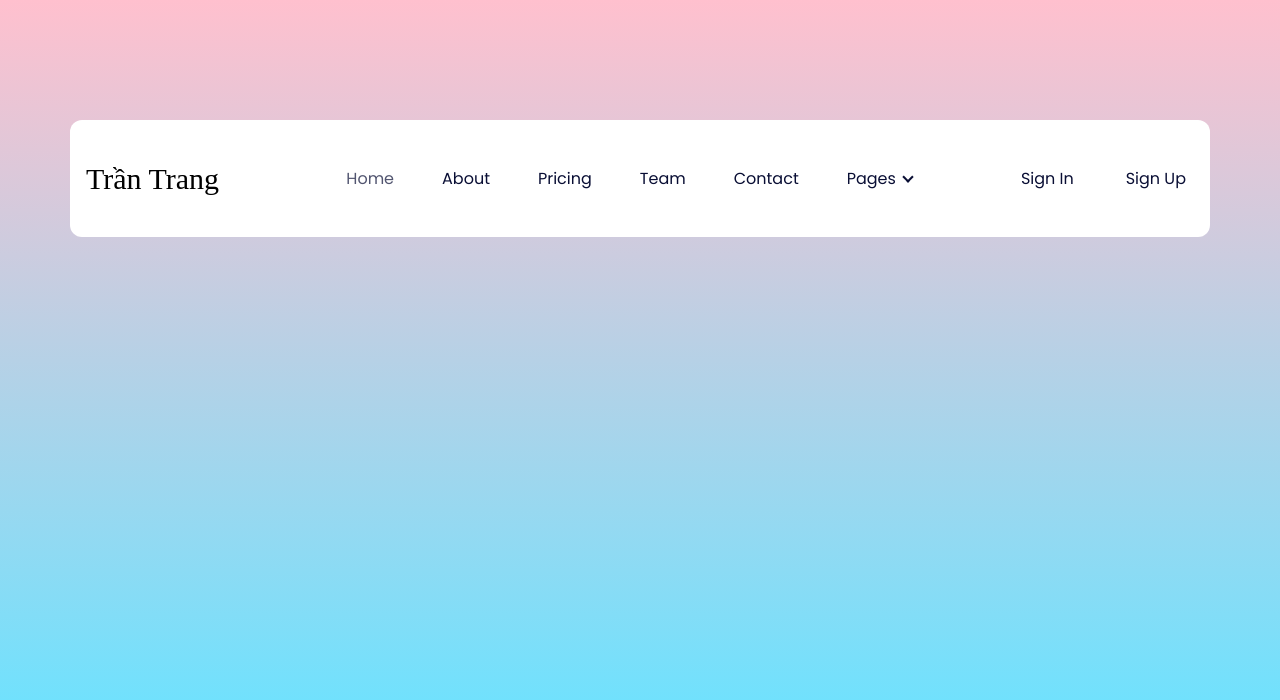
Repository: trantrang2101/CV
Page: index.html
These files come from the project's save history. The page is drawn as it stood at one moment and after the next save; the edit follows.
The browser window is 1280 px wide. The pictures show the whole page.
Some web fonts or font styles are not loaded; a fallback is used.

Above is the page before, as saved 2022-07-13 18:50:55.
Console error: TypeError: Cannot read properties of null (reading 'offsetTop')

### index.html
<!DOCTYPE html>
<html lang="en" class="scroll-smooth">

<head>
    <meta charset="UTF-8" />
    <meta http-equiv="X-UA-Compatible" content="IE=edge" />
    <meta name="viewport" content="width=device-width, initial-scale=1.0" />
    <title>
        Play | Free Tailwind CSS Template for Startup and SaaS By TailGrids
    </title>
    <link rel="shortcut icon" href="assets/images/favicon.png" type="image/x-icon" />
    <link rel="stylesheet" href="assets/css/animate.css" />
    <link rel="stylesheet" href="assets/css/tailwind.css" />
    <link rel="stylesheet" href="assets/css/style.css" />

    <script src="assets/js/wow.min.js"></script>
    <script>
        new WOW().init();
    </script>
</head>

<body>
    <section id="home" class="pt-20 lg:pt-[120px] pb-20 lg:pb-[120px]">
        <div class="container">
            <div class="bg-white shadow-xl shadow-dark dark:shadow-xl dark:shadow-light wow fadeInUp rounded-xl"
                data-wow-delay=".2s" style="visibility: visible; animation-delay: 0.2s">
                <div class="flex -mx-4 items-center justify-between relative">
                    <div class="px-4 w-60 max-w-full">
                        <a href="index.html" class="navbar-logo w-full block py-5">
                            <h1 class="font-script p-4">Trần Trang</h1>
                        </a>
                    </div>
                    <div class="flex px-4 justify-between items-center w-full">
                        <div>
                            <button id="navbarToggler"
                                class="block absolute right-4 top-1/2 -translate-y-1/2 lg:hidden focus:ring-2 ring-primary px-3 py-[6px] rounded-lg">
                                <span class="relative w-[30px] h-[2px] my-[6px] block bg-white"></span>
                                <span class="relative w-[30px] h-[2px] my-[6px] block bg-white"></span>
                                <span class="relative w-[30px] h-[2px] my-[6px] block bg-white"></span>
                            </button>
                            <nav id="navbarCollapse"
                                class="absolute py-5 lg:py-0 lg:px-4 xl:px-6 bg-white lg:bg-transparent shadow-lg rounded-lg max-w-[250px] w-full lg:max-w-full lg:w-full right-4 top-full hidden lg:block lg:static lg:shadow-none">
                                <ul class="blcok lg:flex">
                                    <li class="relative group">
                                        <a href="#home"
                                            class="ud-menu-scroll text-base text-dark lg:group-hover:opacity-70 lg:group-hover:text-dark group-hover:text-primary py-2 lg:py-6 lg:inline-flex lg:px-0 flex mx-8 lg:mr-0">
                                            Home
                                        </a>
                                    </li>
                                    <li class="relative group">
                                        <a href="#about"
                                            class="ud-menu-scroll text-base text-dark lg:text-dark lg:group-hover:opacity-70 lg:group-hover:text-dark group-hover:text-primary py-2 lg:py-6 lg:inline-flex lg:px-0 flex mx-8 lg:mr-0 lg:ml-7 xl:ml-12">
                                            About
                                        </a>
                                    </li>
                                    <li class="relative group">
                                        <a href="#pricing"
                                            class="ud-menu-scroll text-base text-dark lg:text-dark lg:group-hover:opacity-70 lg:group-hover:text-dark group-hover:text-primary py-2 lg:py-6 lg:inline-flex lg:px-0 flex mx-8 lg:mr-0 lg:ml-7 xl:ml-12">
                                            Pricing
                                        </a>
                                    </li>
                                    <li class="relative group">
                                        <a href="#team"
                                            class="ud-menu-scroll text-base text-dark lg:text-dark lg:group-hover:opacity-70 lg:group-hover:text-dark group-hover:text-primary py-2 lg:py-6 lg:inline-flex lg:px-0 flex mx-8 lg:mr-0 lg:ml-7 xl:ml-12">
                                            Team
                                        </a>
                                    </li>
                                    <li class="relative group">
                                        <a href="#contact"
                                            class="ud-menu-scroll text-base text-dark lg:text-dark lg:group-hover:opacity-70 lg:group-hover:text-dark group-hover:text-primary py-2 lg:py-6 lg:inline-flex lg:px-0 flex mx-8 lg:mr-0 lg:ml-7 xl:ml-12">
                                            Contact
                                        </a>
                                    </li>
                                    <li class="relative group submenu-item">
                                        <a href="javascript:void(0)"
                                            class="text-base text-dark lg:text-dark lg:group-hover:opacity-70 lg:group-hover:text-dark group-hover:text-primary py-2 lg:py-6 lg:inline-flex lg:pl-0 lg:pr-4 flex mx-8 lg:mr-0 lg:ml-8 xl:ml-12 relative after:absolute after:w-2 after:h-2 after:border-b-2 after:border-r-2 after:border-current after:rotate-45 lg:after:right-0 after:right-1 after:top-1/2 after:-translate-y-1/2 after:mt-[-2px]">
                                            Pages
                                        </a>
                                        <div
                                            class="submenu hidden relative lg:absolute w-[250px] top-full lg:top-[110%] left-0 rounded-sm lg:shadow-lg p-4 lg:block lg:opacity-0 lg:invisible group-hover:opacity-100 lg:group-hover:visible lg:group-hover:top-full bg-white transition-[top] duration-300">
                                            <a href="about.html"
                                                class="block text-sm text-body-color rounded hover:text-primary py-[10px] px-4">
                                                About Page
                                            </a>
                                            <a href="pricing.html"
                                                class="block text-sm text-body-color rounded hover:text-primary py-[10px] px-4">
                                                Pricing Page
                                            </a>
                                            <a href="contact.html"
                                                class="block text-sm text-body-color rounded hover:text-primary py-[10px] px-4">
                                                Contact Page
                                            </a>
                                            <a href="blog-grids.html"
                                                class="block text-sm text-body-color rounded hover:text-primary py-[10px] px-4">
                                                Blog Grid Page
                                            </a>
                                            <a href="blog-details.html"
                                                class="block text-sm text-body-color rounded hover:text-primary py-[10px] px-4">
                                                Blog Details Page
                                            </a>
                                            <a href="signup.html"
                                                class="block text-sm text-body-color rounded hover:text-primary py-[10px] px-4">
                                                Sign Up Page
                                            </a>
                                            <a href="signin.html"
                                                class="block text-sm text-body-color rounded hover:text-primary py-[10px] px-4">
                                                Sign In Page
                                            </a>
                                            <a href="404.html"
                                                class="block text-sm text-body-color rounded hover:text-primary py-[10px] px-4">
                                                404 Page
                                            </a>
                                        </div>
                                    </li>
                                </ul>
                            </nav>
                        </div>
                        <div class="sm:flex justify-end hidden pr-16 lg:pr-0">
                            <a href="signin.html"
                                class="text-base font-medium text-dark hover:opacity-70 py-3 px-7 loginBtn">
                                Sign In
                            </a>
                            <a href="signup.html"
                                class="text-base font-medium text-dark bg-white bg-opacity-20 rounded-lg py-3 px-6 hover:bg-opacity-100 hover:text-dark signUpBtn duration-300 ease-in-out">
                                Sign Up
                            </a>
                        </div>
                    </div>
                </div>
            </div>
        </div>
    </section>
    <script src="assets/js/main.js"></script>
    <script>
        const pageLink = document.querySelectorAll(".ud-menu-scroll");
        pageLink.forEach((elem) => {
            elem.addEventListener("click", (e) => {
                e.preventDefault();
                document.querySelector(elem.getAttribute("href")).scrollIntoView({
                    behavior: "smooth",
                    offsetTop: 1 - 60,
                });
            });
        });

        // section menu active
        function onScroll(event) {
            const sections = document.querySelectorAll(".ud-menu-scroll");
            const scrollPos =
                window.pageYOffset ||
                document.documentElement.scrollTop ||
                document.body.scrollTop;

            for (let i = 0; i < sections.length; i++) {
                const currLink = sections[i];
                const val = currLink.getAttribute("href");
                const refElement = document.querySelector(val);
                const scrollTopMinus = scrollPos + 73;
                if (
                    refElement.offsetTop <= scrollTopMinus &&
                    refElement.offsetTop + refElement.offsetHeight > scrollTopMinus
                ) {
                    document
                        .querySelector(".ud-menu-scroll")
                        .classList.remove("active");
                    currLink.classList.add("active");
                } else {
                    currLink.classList.remove("active");
                }
            }
        }

        window.document.addEventListener("scroll", onScroll);
    </script>
</body>

</html>

### assets/css/style.css
body,
html {
  position: absolute;
  width: 100%;
  height: 100%;
  left: 0px;
  top: 0px;
  background: linear-gradient(180deg, #ffc0ce 0%, #6de2fe 100%);
}
.font-script {
  font-family: "Imperial Script" !important;
}
h1.font-script {
  font-size: 30px;
}

### assets/js/main.js
(function () {
  "use strict";

  // ======= Sticky
  window.onscroll = function () {
    const ud_header = document.querySelector(".ud-header");
    const sticky = ud_header.offsetTop;
    const logo = document.querySelector(".header-logo");

    if (window.pageYOffset > sticky) {
      ud_header.classList.add("sticky");
    } else {
      ud_header.classList.remove("sticky");
    }

    // === logo change
    if (ud_header.classList.contains("sticky")) {
      logo.src = "assets/images/logo/logo.svg";
    } else {
      logo.src = "assets/images/logo/logo-white.svg";
    }

    // show or hide the back-top-top button
    const backToTop = document.querySelector(".back-to-top");
    if (
      document.body.scrollTop > 50 ||
      document.documentElement.scrollTop > 50
    ) {
      backToTop.style.display = "flex";
    } else {
      backToTop.style.display = "none";
    }
  };

  // ===== responsive navbar
  let navbarToggler = document.querySelector("#navbarToggler");
  const navbarCollapse = document.querySelector("#navbarCollapse");

  navbarToggler.addEventListener("click", () => {
    navbarToggler.classList.toggle("navbarTogglerActive");
    navbarCollapse.classList.toggle("hidden");
  });

  //===== close navbar-collapse when a  clicked
  document
    .querySelectorAll("#navbarCollapse ul li:not(.submenu-item) a")
    .forEach((e) =>
      e.addEventListener("click", () => {
        navbarToggler.classList.remove("navbarTogglerActive");
        navbarCollapse.classList.add("hidden");
      })
    );

  // ===== Sub-menu
  const submenuItems = document.querySelectorAll(".submenu-item");
  submenuItems.forEach((el) => {
    el.querySelector("a").addEventListener("click", () => {
      el.querySelector(".submenu").classList.toggle("hidden");
    });
  });

  // ===== Faq accordion
  const faqs = document.querySelectorAll(".single-faq");
  faqs.forEach((el) => {
    el.querySelector(".faq-btn").addEventListener("click", () => {
      el.querySelector(".icon").classList.toggle("rotate-180");
      el.querySelector(".faq-content").classList.toggle("hidden");
    });
  });

  // ===== wow js
  new WOW().init();

  // ====== scroll top js
  function scrollTo(element, to = 0, duration = 500) {
    const start = element.scrollTop;
    const change = to - start;
    const increment = 20;
    let currentTime = 0;

    const animateScroll = () => {
      currentTime += increment;

      const val = Math.easeInOutQuad(currentTime, start, change, duration);

      element.scrollTop = val;

      if (currentTime < duration) {
        setTimeout(animateScroll, increment);
      }
    };

    animateScroll();
  }

  Math.easeInOutQuad = function (t, b, c, d) {
    t /= d / 2;
    if (t < 1) return (c / 2) * t * t + b;
    t--;
    return (-c / 2) * (t * (t - 2) - 1) + b;
  };

  // document.querySelector(".back-to-top").onclick = () => {
  //   scrollTo(document.documentElement);
  // };
})();

Loaded but not shown: assets/css/animate.css (library); assets/css/tailwind.css (library); assets/js/wow.min.js (library)

After the next save:
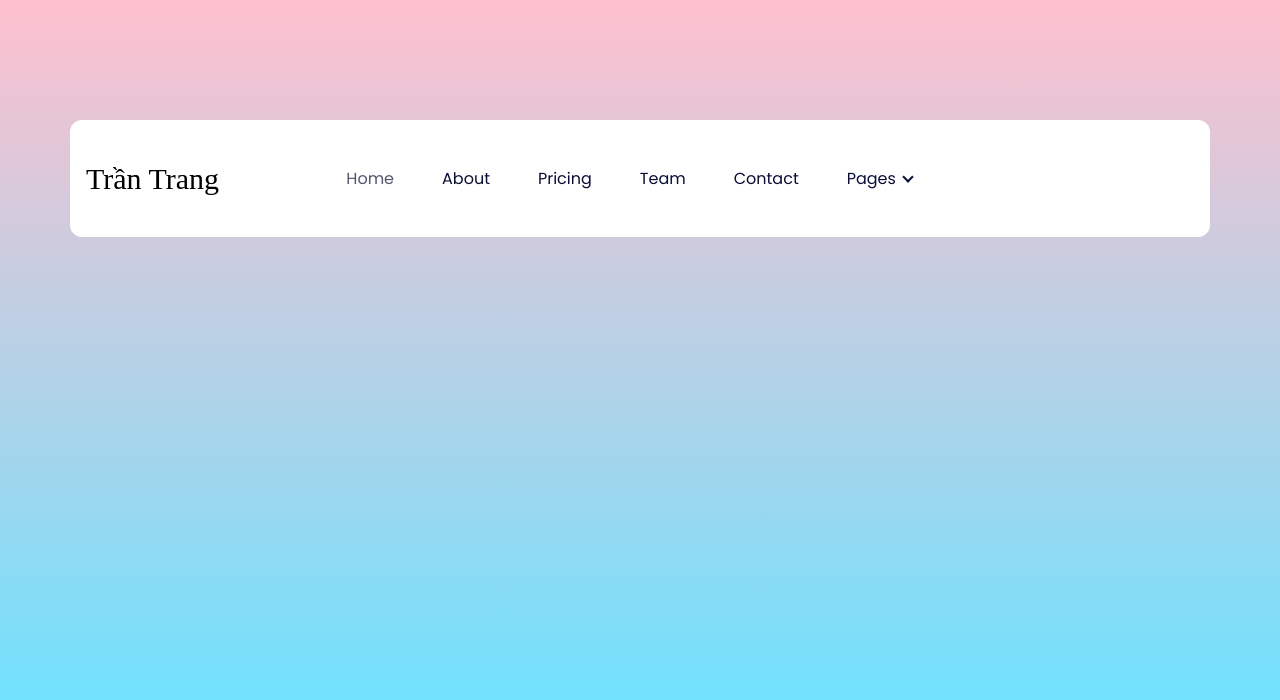
Saved 12 s later.
--- a/index.html
+++ b/index.html
@@ -115,16 +115,6 @@
                                 </ul>
                             </nav>
                         </div>
-                        <div class="sm:flex justify-end hidden pr-16 lg:pr-0">
-                            <a href="signin.html"
-                                class="text-base font-medium text-dark hover:opacity-70 py-3 px-7 loginBtn">
-                                Sign In
-                            </a>
-                            <a href="signup.html"
-                                class="text-base font-medium text-dark bg-white bg-opacity-20 rounded-lg py-3 px-6 hover:bg-opacity-100 hover:text-dark signUpBtn duration-300 ease-in-out">
-                                Sign Up
-                            </a>
-                        </div>
                     </div>
                 </div>
             </div>
